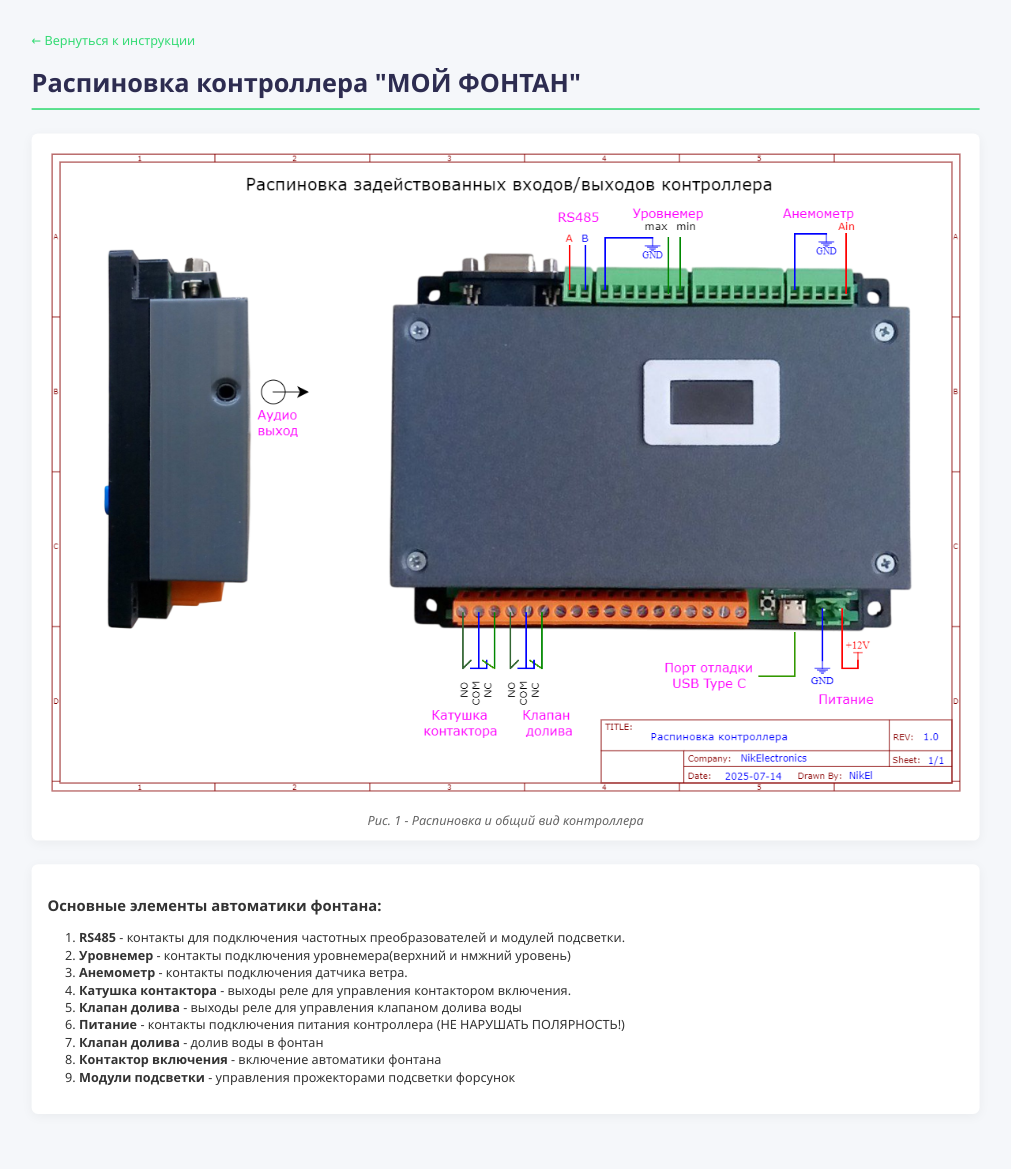
Repository: NikElectronics/fountain_manual
Page: pinout.html
The author's editor kept a copy of each file at every save. The page is drawn from the files as they stood at one save, then again after the next save.
The browser window is 1280 px wide. The pictures show the whole page, at 79% of full size.

Above is the page before, as saved 2025-07-14 10:20:08.

### pinout.html
<!DOCTYPE html>
<html lang="ru">

<head>
    <meta charset="UTF-8">
    <meta name="viewport" content="width=device-width, initial-scale=1.0">
    <title>Pinout</title>
    <style>
        :root {
            --primary-color: #2d2c50;
            --secondary-color: #34db74;
            --light-gray: #f5f7fa;
            --white: #ffffff;
        }

        body {
            font-family: 'Segoe UI', Tahoma, Geneva, Verdana, sans-serif;
            margin: 0;
            padding: 0;
            background-color: var(--light-gray);
            color: #333;
        }

        .container {
            max-width: 1200px;
            margin: 0 auto;
            padding: 40px;
        }

        h1 {
            color: var(--primary-color);
            border-bottom: 2px solid var(--secondary-color);
            padding-bottom: 12px;
            margin-top: 0;
        }

        .back-link {
            display: inline-block;
            margin-bottom: 20px;
            color: var(--secondary-color);
            text-decoration: none;
            font-weight: 500;
        }

        .back-link:hover {
            text-decoration: underline;
        }

        .screenshot-container {
            text-align: center;
            margin: 30px 0;
            padding: 15px;
            background: var(--white);
            border-radius: 8px;
            box-shadow: 0 3px 15px rgba(0, 0, 0, 0.05);
        }

        .screenshot {
            max-width: 100%;
            height: auto;
            border-radius: 6px;
        }

        .caption {
            font-style: italic;
            color: #666;
            margin-top: 10px;
        }

        .description {
            background: var(--white);
            padding: 20px;
            border-radius: 8px;
            margin: 30px 0;
            box-shadow: 0 3px 15px rgba(0, 0, 0, 0.05);
        }
    </style>
</head>

<body>
    <div class="container">
        <a href="index.html" class="back-link">← Вернуться к инструкции</a>

        <h1>Распиновка контроллера "МОЙ ФОНТАН"</h1>

        <div class="screenshot-container">
            <img src="screenshots/pinout.png" alt="Изображение контроллера" class="screenshot">
            <div class="caption">Рис. 1 - Распиновка и общий вид контроллера</div>
        </div>

        <div class="description">
            <h3>Основные элементы автоматики фонтана:</h3>
            <ol>
                <li><strong>RS485</strong> - контакты для подключения частотных преобразователей и модулей подсветки.</li>
                <li><strong>Уровнемер</strong> - контакты подключения уровнемера(верхний и нмжний уровень)</li>
                <li><strong>Анемометр</strong> - контакты подключения датчика ветра.</li>
                <li><strong>Катушка контактора</strong> - выходы реле для управления контактором включения.</li>
                <li><strong>Клапан долива</strong> - выходы реле для управления клапаном долива воды</li>
                <li><strong>Питание</strong> - контакты подключения питания контроллера (НЕ НАРУШАТЬ ПОЛЯРНОСТЬ!)</li>
                <li><strong>Клапан долива</strong> - долив воды в фонтан</li>
                <li><strong>Контактор включения</strong> - включение автоматики фонтана</li>
                <li><strong>Модули подсветки</strong> - управления прожекторами подсветки форсунок</li>
            </ol>
        </div>
    </div>
</body>

</html>

After the next save:
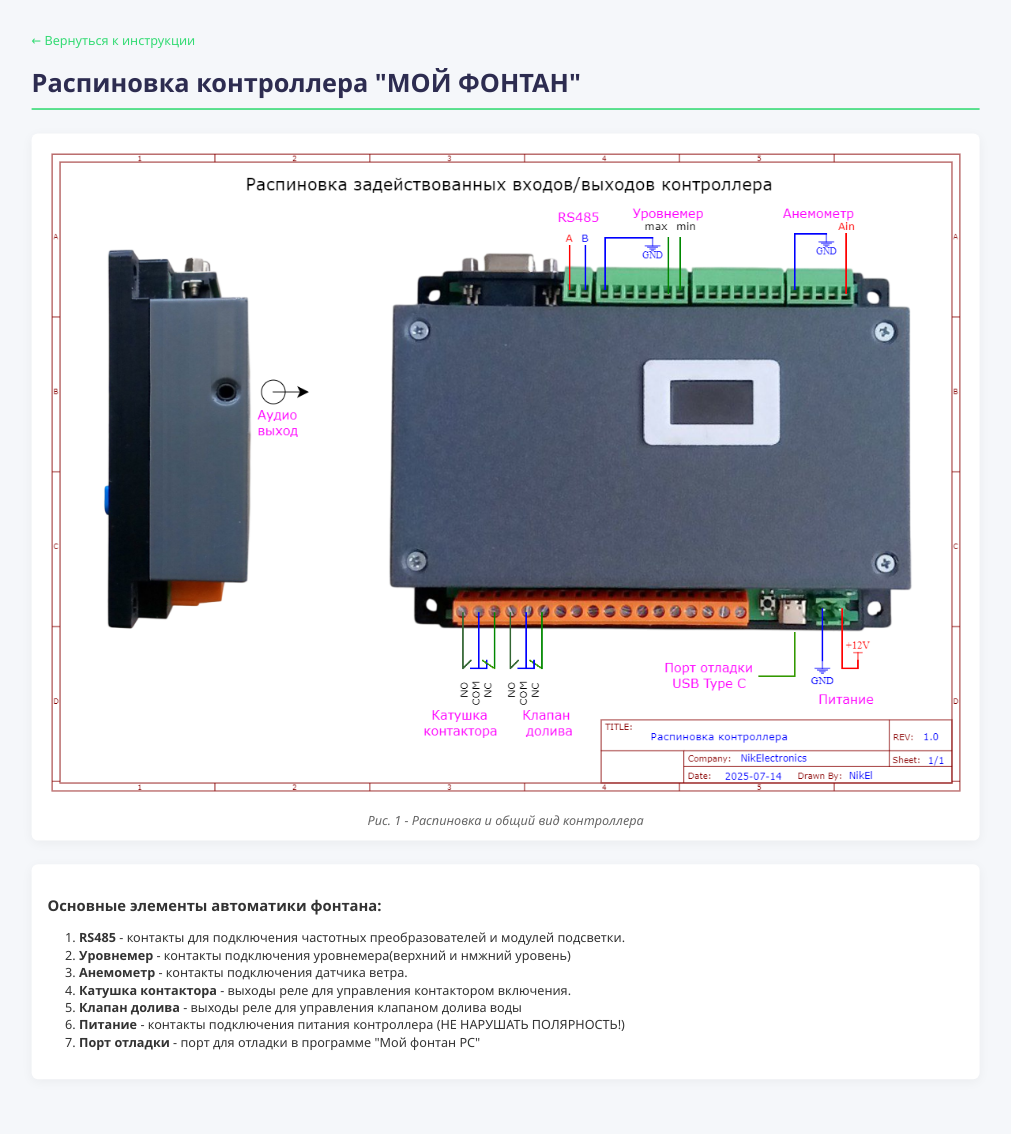
Saved 3 min 44 s later.
--- a/pinout.html
+++ b/pinout.html
@@ -97,9 +97,7 @@
                 <li><strong>Катушка контактора</strong> - выходы реле для управления контактором включения.</li>
                 <li><strong>Клапан долива</strong> - выходы реле для управления клапаном долива воды</li>
                 <li><strong>Питание</strong> - контакты подключения питания контроллера (НЕ НАРУШАТЬ ПОЛЯРНОСТЬ!)</li>
-                <li><strong>Клапан долива</strong> - долив воды в фонтан</li>
-                <li><strong>Контактор включения</strong> - включение автоматики фонтана</li>
-                <li><strong>Модули подсветки</strong> - управления прожекторами подсветки форсунок</li>
+                <li><strong>Порт отладки</strong> - порт для отладки в программе "Мой фонтан PC"</li>
             </ol>
         </div>
     </div>
